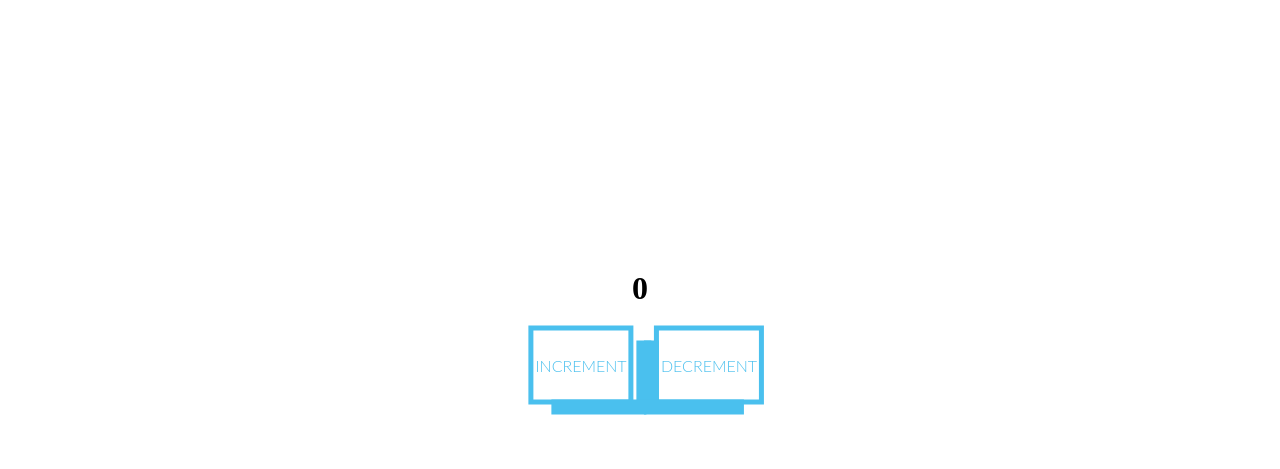
Repository: Ellisvelandia/react_introduction_test
Page: /
An editor plug-in stored every save of this project. The page is shown before and after a run of saves, followed by the edit.
The browser window is 1280 px wide. The pictures show the whole page.
The project was rebuilt for these pictures with package versions that can differ from the ones it lists, and the page was loaded fresh each time. Also part of the build but not shown: src/index.css.

Above is the page before, as saved 2022-08-15 20:16:18.

After the next 2 saves:
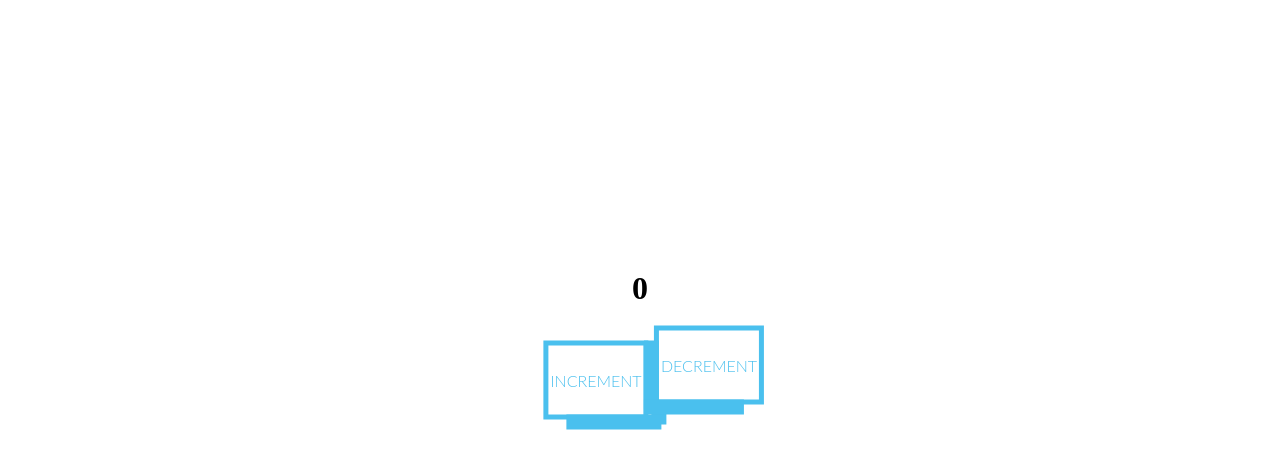
The 2 saves are shown as one change because 1 did not build or start.
The last was saved 16 s later.
--- a/src/App.scss
+++ b/src/App.scss
@@ -31,7 +31,9 @@ button {
   font-weight: 300;
 }
 
-
+.button_I {
+  margin: 20px;
+}
 
 .button_I {
   position: absolute;
